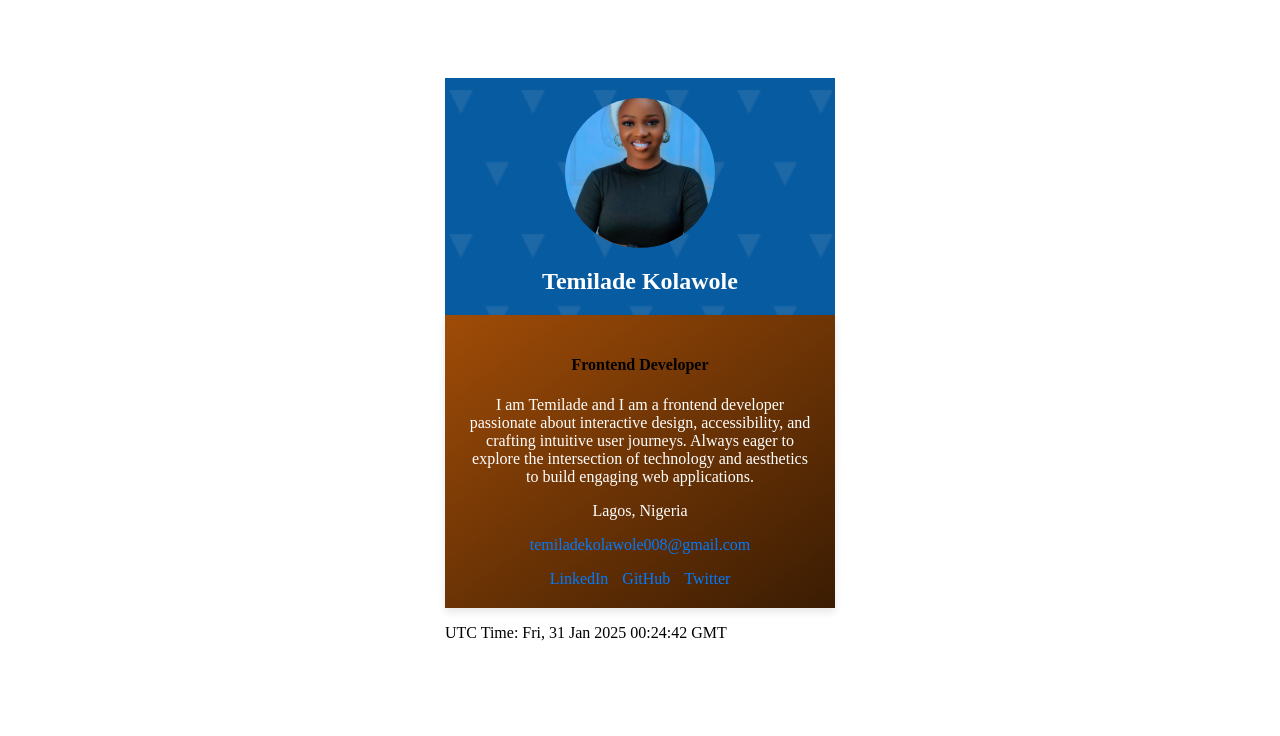
Repository: KolawoleTemilade/ticket-guarantor
Page: profilecard/index..html
The author's editor kept a copy of each file at every save. The page is drawn from the files as they stood at one save, then again after the next save.
The browser window is 1280 px wide. The pictures show the whole page.

Above is the page before, as saved 2025-02-04 17:24:27.

After the next save:
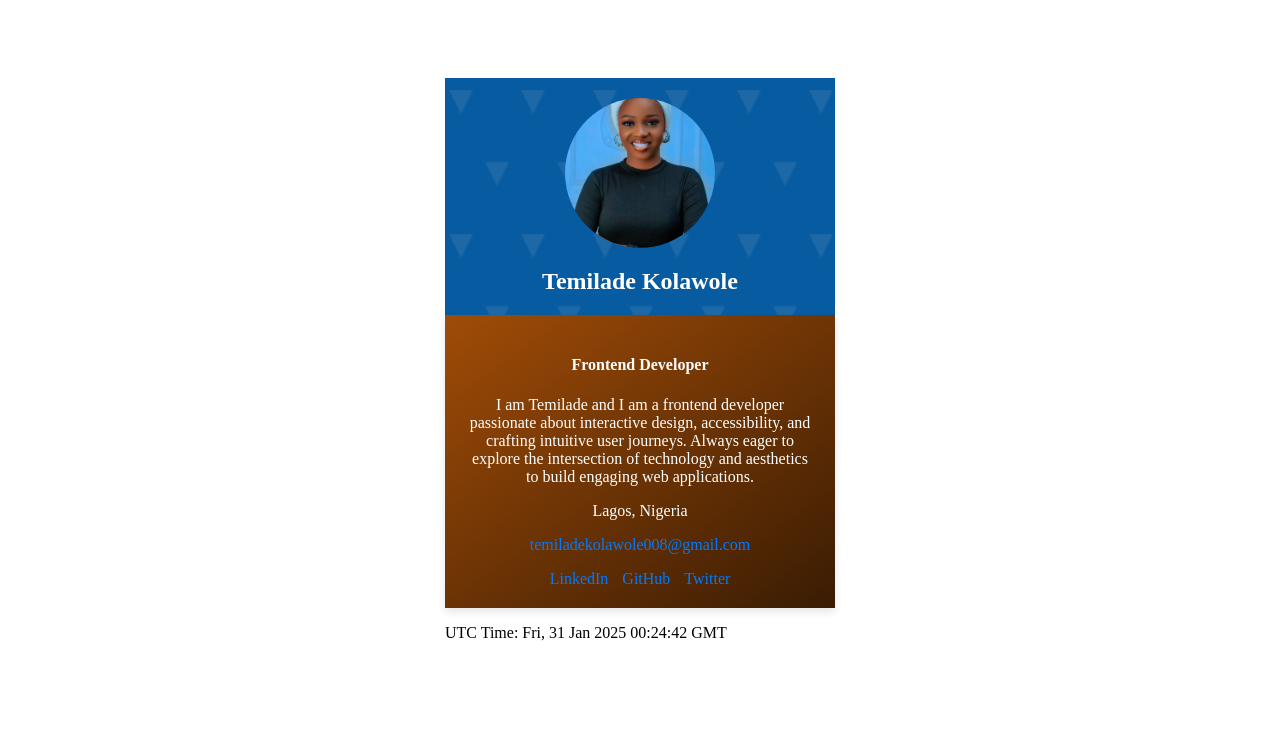
Saved 6 s later.
--- a/profilecard/style.css
+++ b/profilecard/style.css
@@ -15,7 +15,7 @@ body {
   width: 100%;
   background: linear-gradient(145deg, #A04C07, #3A1C03);
 }
-.card p, .card h{
+.card p, .card h4{
   color: #fff;
 }
 .background {
